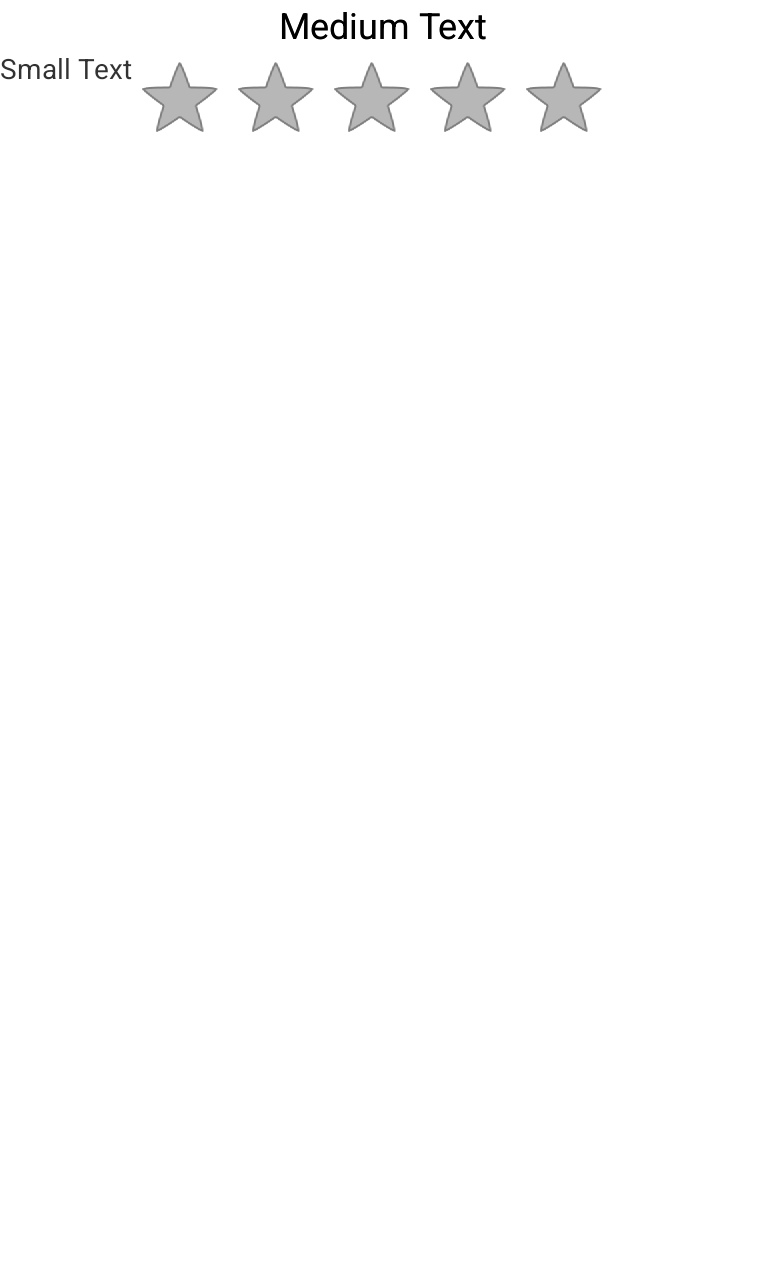
Repository: yash256/atnt
Layout: Farmdroid/res/layout/market_details.xml
An editor plug-in stored every save of this project. The layout is shown before and after the next save, followed by the edit.
It is drawn on a 768 x 1280 px phone screen (xhdpi) without system bars, with theme AppTheme; the app's code is not run.

Above is the layout before, as saved 2014-10-26 20:42:11.

After the next save:
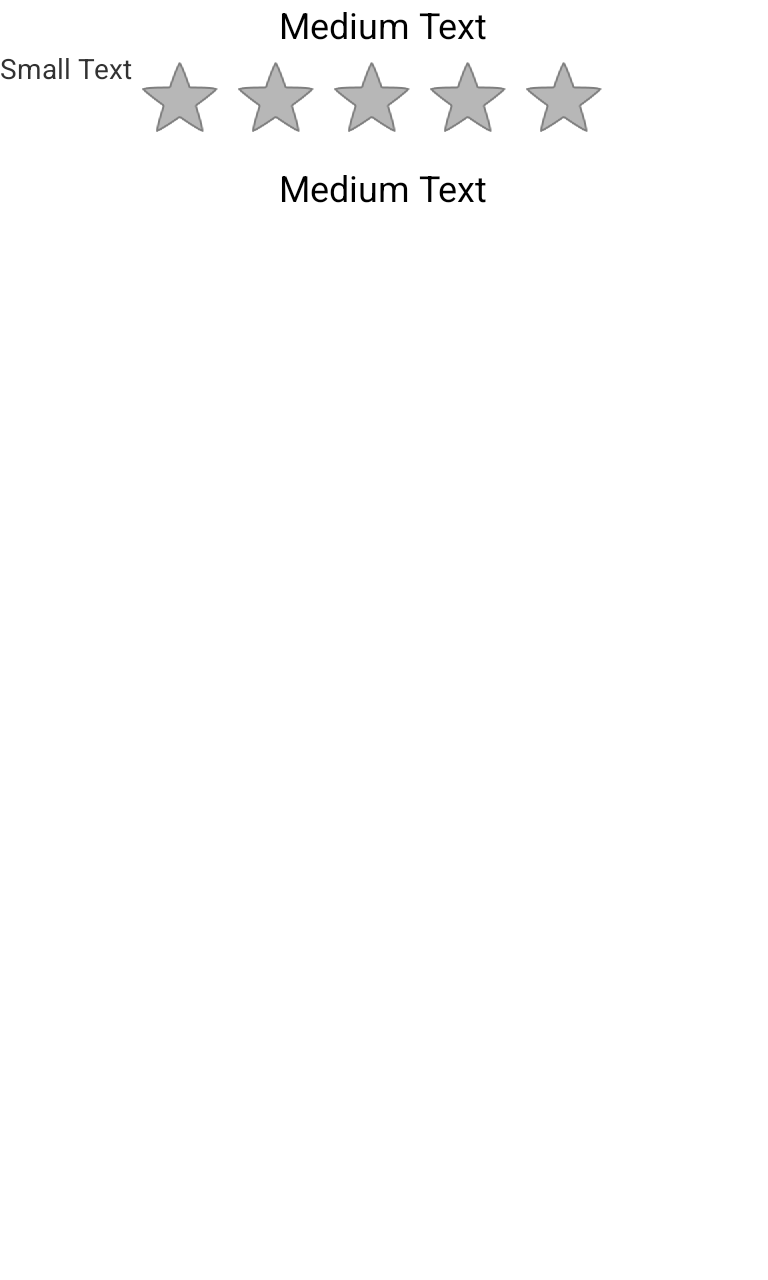
Saved 41 s later.
--- a/Farmdroid/res/layout/market_details.xml
+++ b/Farmdroid/res/layout/market_details.xml
@@ -39,10 +39,8 @@
          />
          <TextView
             android:id="@+id/market_name2"
-            android:layout_column="0"
             android:layout_columnSpan="8"
             android:layout_gravity="center_horizontal"
-            android:layout_row="1"
             android:text="Medium Text"
             android:textAppearance="?android:attr/textAppearanceMedium" />
 
